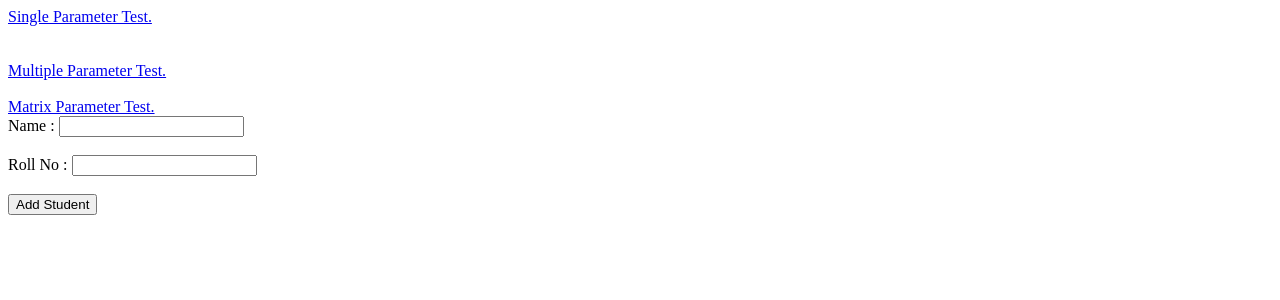
Repository: rpmani/Jersey
Page: http://localhost/RestFullPath/
The author's editor kept a copy of each file at every save. The page is drawn from the files as they stood at one save, then again after the next save.
The browser window is 1280 px wide. The pictures show the whole page.
The page is served by Tomcat 9. Other server files are loaded and not shown.

Above is the page before, as saved 2018-05-16 07:02:19.

### RestFullPath/WebContent/index.jsp
<%@ page language="java" contentType="text/html; charset=ISO-8859-1"
    pageEncoding="ISO-8859-1"%>
<!DOCTYPE html PUBLIC "-//W3C//DTD HTML 4.01 Transitional//EN" "http://www.w3.org/TR/html4/loose.dtd">
<html>
<head>
<meta http-equiv="Content-Type" content="text/html; charset=ISO-8859-1">
<title>Insert title here</title>
</head>
<body>
<a href="restapi/jaxy/04">Single Parameter Test.
   </a>
   <br/><br/><br/>
   <a href="restapi/jaxy/Mani/MSC/04">Multiple Parameter Test.
   </a>
   <br/><br/>
    <a href="restapi/jaxy;name=adhi;class=10 th standard;rollNo=1st;id=003">Matrix Parameter Test.
  <!-- <a href="rest/jax/adhi;class=12th">Matrix Parameter Test. -->
   </a>
    <form action="restapi/jaxy/add" method="post">
	Name : <input type="text" name="name" />
	<br/><br/>
	Roll No : <input type="text" name="rollNo" />
	<br/><br/>
	<input type="submit" value="Add Student" />
 </form>

</body>
</html>

After the next save:
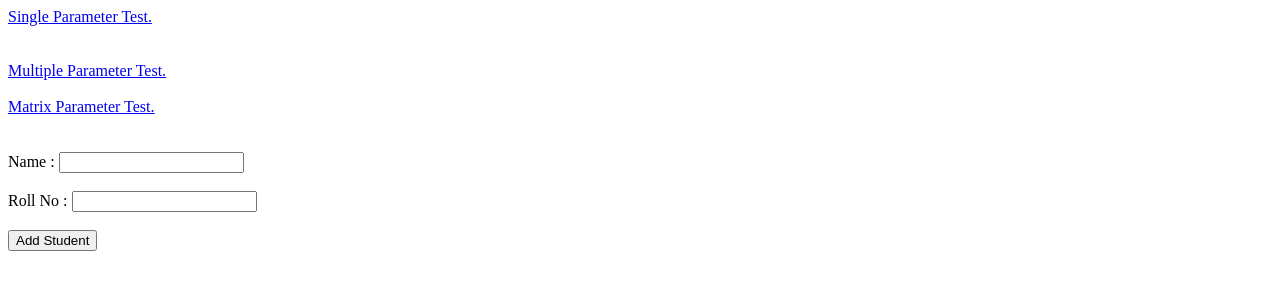
Saved 117 s later.
--- a/RestFullPath/WebContent/index.jsp
+++ b/RestFullPath/WebContent/index.jsp
@@ -15,6 +15,7 @@
    <br/><br/>
     <a href="restapi/jaxy;name=adhi;class=10 th standard;rollNo=1st;id=003">Matrix Parameter Test.
   <!-- <a href="rest/jax/adhi;class=12th">Matrix Parameter Test. -->
+  <br/><br/><br/>
    </a>
     <form action="restapi/jaxy/add" method="post">
 	Name : <input type="text" name="name" />
